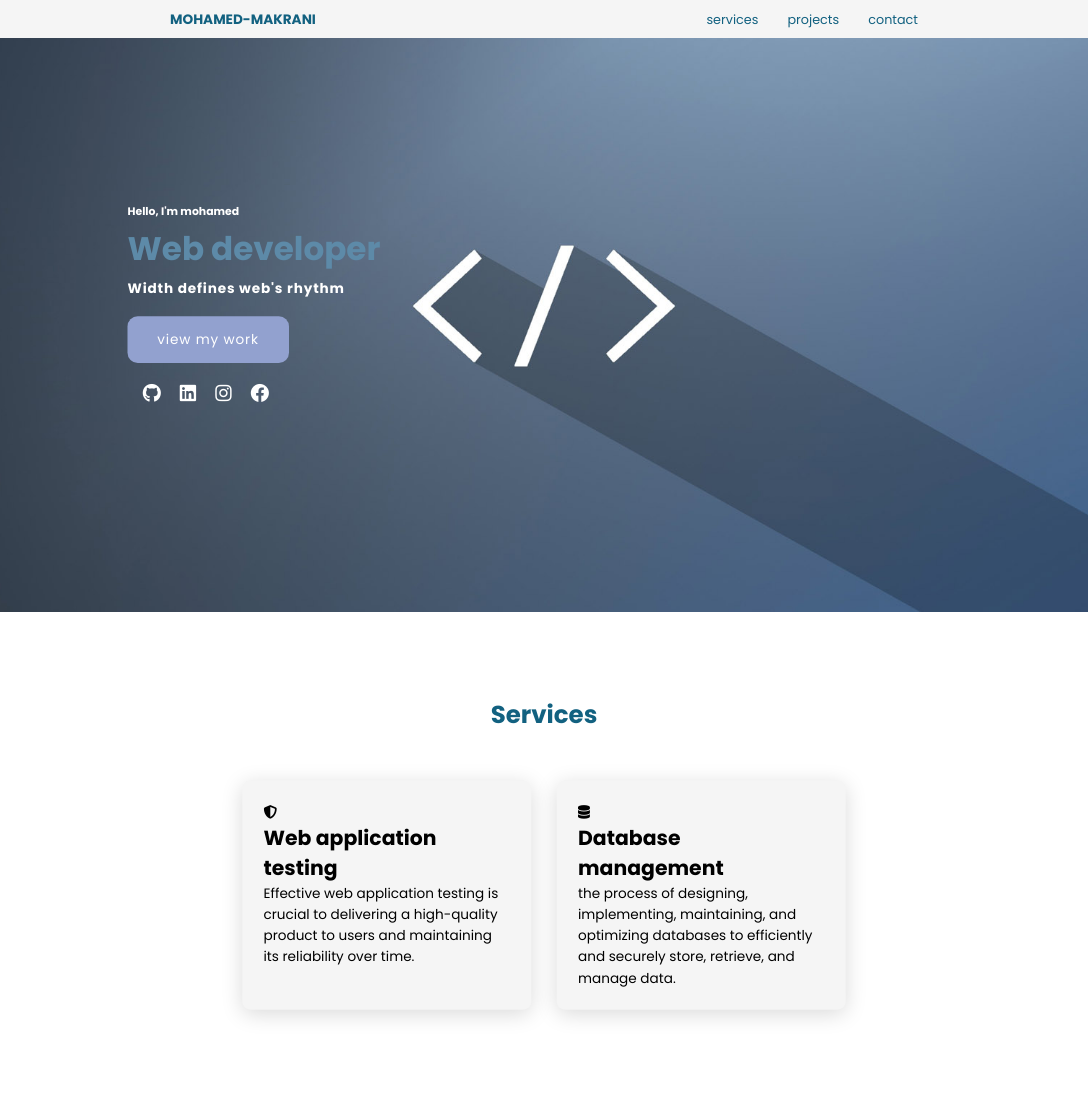
Repository: mohamed-makrani/Portfolio
Page: indixe.html
The author's editor kept a copy of each file at every save. The page is drawn from the files as they stood at one save, then again after the next save.
The browser window is 1280 px wide. The pictures show the whole page, at 85% of full size.
Backgrounds fixed to the window are drawn as part of the page.

Above is the page before, as saved 2023-09-16 20:10:34.

### indixe.html
<!DOCTYPE html>
<html lang="en">
<head>
    <meta charset="UTF-8">
    <meta name="descreption" content="makrani-mohamed/portfilio"/>
    <title>Mohamed-makrani</title>
    <link rel="stylesheet" href="https://cdnjs.cloudflare.com/ajax/libs/font-awesome/6.4.2/css/all.min.css"/>
    <link  rel="stylesheet" href="style.css" />
</head>
<body>
    <header>
        <a class="logo" href="#" >Mohamed-makrani</a>
        <nav class="navigation">
            <a href="#services" >services</a>
            <a href="#" > projects</a>
            <a href="#"> contact </a>

        </nav>
    </header>
    <section class="main">
        <div>
            <h6>Hello, I'm mohamed </h6>
            <h1>Web developer</h1>
            <h4>Width defines web's rhythm</h4>
        <a href="#" class="main-button">view my work</a>
        <div class="social-media">
            <a href="#" ><i class="fa-brands fa-github"></i></a>
            <a href="#" ><i class="fa-brands fa-linkedin"></i></a>
            <a href="#"><i class="fa-brands fa-instagram"></i></a>
            <a href="#"><i class="fa-brands fa-facebook"></i></a>
        </div>
        </div>
    </section>
    <section class="cards" id="services" >
        <h2 class="title">Services</h2>
        <div class="content" >
            <div class="card">
                <div class="icon"><i class="fa-solid fa-shield-halved"></i></div>
                <div class="info">
                    <h2>Web application testing</h2>
                    <p>Effective web application testing is crucial to delivering a high-quality product to users and maintaining its reliability over time.</p>
                </div>
            </div>
            <div class="card">
                <div class="icon"><i class="fa-solid fa-database"></i></div>
                <div class="info">
                    <h2>Database management</h2>
                    <p>the process of designing, implementing, maintaining, and optimizing databases to efficiently and securely store, retrieve, and manage data.</p>
                </div>
            </div>







        </div>
    </section>





</body>
</html>

### style.css
@import url('https://fonts.googleapis.com/css2?family=Poppins:ital,wght@0,200;0,300;0,400;0,500;0,600;0,700;0,800;0,900;1,100;1,200;1,300;1,400;1,500;1,600;1,700;1,800;1,900&display=swap');

*{

    font-family: 'Poppins', sans-serif;
    margin: 0;
    padding: 0;
    box-sizing: border-box;
    scroll-behavior: smooth;
}
 header{

    background-color: #f5f5f5;
    width: 100%;
    position: fixed;
    display: flex;
    z-index: 999;
    justify-content: space-between;
    align-items: center;
    padding: 10px 200px;

 }
 .logo {
    /* default is 16 px */

    text-decoration: none;
    font-size: 16px;
    color: #126180;
    text-transform: uppercase;
    font-weight: 700;
 }
 .navigation a{
    color: #126180;
    font-size: 15px;
    font-weight: 600px;
    text-decoration: none;
    padding-left:  30px;

 }
.navigation a:hover {

color: rgb(83, 15, 146);
}
 section {

   padding: 100px 150px;
 }
 .main{

   width: 100%;
   min-height: 100vh;
   display: flex;
   align-items: center;
   background:url(backround.jpg) no-repeat;
   background-size: cover;
   background-position:center ;
   background-attachment: fixed;

 }
 .main h6 {

   color: white;
   font-weight:500px ;
   font-size: 0.8em;


 }

 .main h1 {

   color:#5d8aa8 ;
   font-size: 2.4em;
   font-weight: 500px;
   margin-top: 6px;
 }
 .main h4 {

   color: white;
   font-size: 1em;
   font-weight: 500px;
   margin-top: 6px;
   margin-bottom: 20px;
   letter-spacing:1px;
 }
.main-button {

color : white;
text-decoration: none;
background-color: #92a1cf;
letter-spacing : 1px;
font-size: 1em;
font-weight: 600px;
display: inline-block;
padding: 0.935em 2.187em;
border-radius: 12px;
margin-bottom: 20px;
transition: 0.7s ease;

}
.main-button :hover{
   background-color:#545aa7;
   transform: scale(1.1);
}
.social-media a{

   color: white;
   font-size: 22px;
   padding-left: 18px;

}

.title {

   display: flex;
   justify-content: center;
   color:#126180;
   font-size:1.8em ;
   font-weight: 700px;
   margin-bottom: 40px;
}
.content{
   display: flex;
   justify-content: center;
   flex-direction: row;
   flex-wrap: wrap;
}
.card {
   background-color:#f5f5f5;
   width:21.25em;
   box-shadow: 0 5px 25px rgba(1 1 1 /15%);
    border-radius: 10px;
    padding: 25px;
    margin: 15px;
}

After the next save:
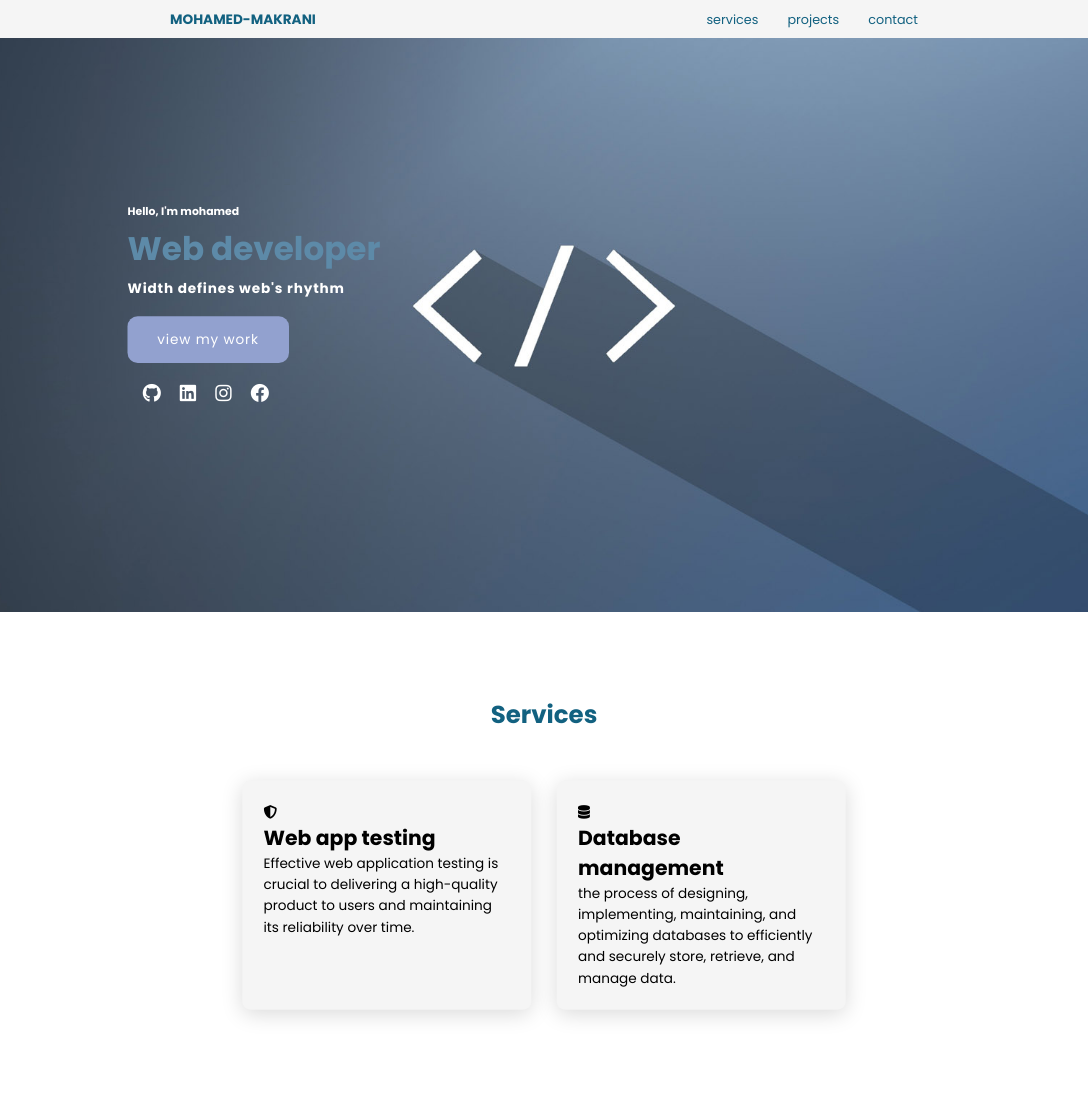
Saved 72 s later.
--- a/indixe.html
+++ b/indixe.html
@@ -37,7 +37,7 @@
             <div class="card">
                 <div class="icon"><i class="fa-solid fa-shield-halved"></i></div>
                 <div class="info">
-                    <h2>Web application testing</h2>
+                    <h2>Web app testing</h2>
                     <p>Effective web application testing is crucial to delivering a high-quality product to users and maintaining its reliability over time.</p>
                 </div>
             </div>
